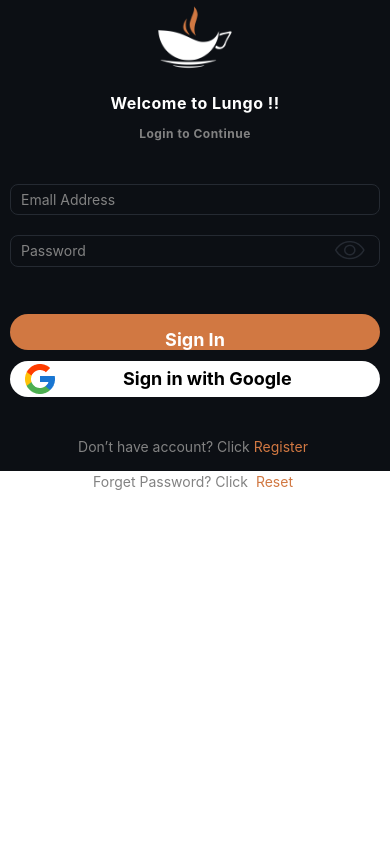
Repository: nguoilaisaochoi/App-coffe
Screen: /
These files come from the project's save history. The screen is drawn as it stood at one moment and after the next save; the edit follows.
The app was drawn by React Native's web renderer in a window 390 px wide. The project was rebuilt for these pictures with package versions that can differ from the ones it lists, and the page was loaded fresh each time.

Above is the screen before, as saved 2024-01-12 21:06:35.

After the next save:
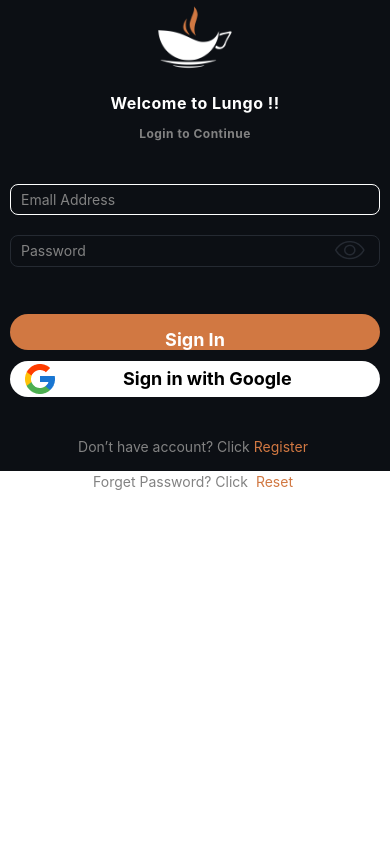
Saved 26 s later.
--- a/src/Login.js
+++ b/src/Login.js
@@ -109,7 +109,7 @@
     borderRadius: 8,
     borderWidth: 1,
     marginBottom: 10,
-    borderColor: '#252A32',
+    borderColor: 'white',
     padding: 10,
     height: '7%',
   },

After the save that followed:
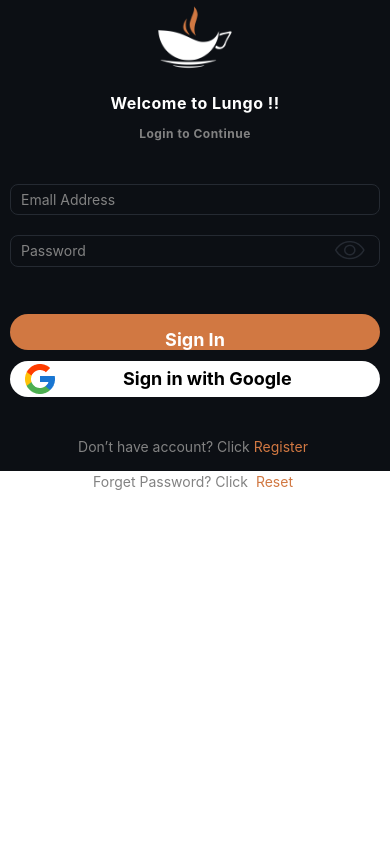
Saved 9 s later.
--- a/src/Login.js
+++ b/src/Login.js
@@ -109,7 +109,7 @@
     borderRadius: 8,
     borderWidth: 1,
     marginBottom: 10,
-    borderColor: 'white',
+    borderColor: '#252A32',
     padding: 10,
     height: '7%',
   },
